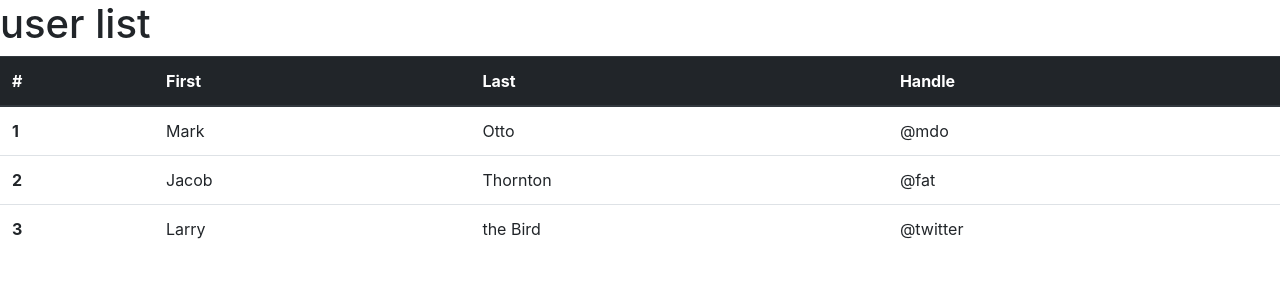
Repository: Sumanhati2002/AdvanceJava
Page: http://localhost/SpringMvc/
An editor plug-in stored every save of this project. The page is shown before and after the next save, followed by the edit.
The browser window is 1280 px wide. The pictures show the whole page.
Some web libraries are served in a nearby version. The page is served by Tomcat 9. Other server files are loaded and not shown.

Above is the page before, as saved 2023-03-13 09:41:09.

### SpringMvc/src/main/webapp/index.jsp
<%@ taglib prefix="c" uri="http://java.sun.com/jsp/jstl/core"%>

<!doctype html>
<html lang="en">
<head>
<!-- Required meta tags -->
<meta charset="utf-8">
<meta name="viewport"
	content="width=device-width, initial-scale=1, shrink-to-fit=no">

<!-- Bootstrap CSS -->
<link rel="stylesheet"
	href="https://cdn.jsdelivr.net/npm/bootstrap@4.0.0/dist/css/bootstrap.min.css"
	integrity="sha384-Gn5384xqQ1aoWXA+058RXPxPg6fy4IWvTNh0E263XmFcJlSAwiGgFAW/dAiS6JXm"
	crossorigin="anonymous">

<title>Hello, world!</title>

</head>
<body>
	<h1>user list</h1>

	<table class="table">
		<thead class="thead-dark">
			<tr>
				<th scope="col">#</th>
				<th scope="col">First</th>
				<th scope="col">Last</th>
				<th scope="col">Handle</th>
			</tr>
		</thead>
		<tbody>
			<tr>
				<th scope="row">1</th>
				<td>Mark</td>
				<td>Otto</td>
				<td>@mdo</td>
			</tr>
			<tr>
				<th scope="row">2</th>
				<td>Jacob</td>
				<td>Thornton</td>
				<td>@fat</td>
			</tr>
			<tr>
				<th scope="row">3</th>
				<td>Larry</td>
				<td>the Bird</td>
				<td>@twitter</td>
			</tr>
		</tbody>
	</table>






	<!-- Optional JavaScript -->
	<!-- jQuery first, then Popper.js, then Bootstrap JS -->
	<script src="https://code.jquery.com/jquery-3.2.1.slim.min.js"
		integrity="sha384-KJ3o2DKtIkvYIK3UENzmM7KCkRr/rE9/Qpg6aAZGJwFDMVNA/GpGFF93hXpG5KkN"
		crossorigin="anonymous"></script>
	<script
		src="https://cdn.jsdelivr.net/npm/popper.js@1.12.9/dist/umd/popper.min.js"
		integrity="sha384-ApNbgh9B+Y1QKtv3Rn7W3mgPxhU9K/ScQsAP7hUibX39j7fakFPskvXusvfa0b4Q"
		crossorigin="anonymous"></script>
	<script
		src="https://cdn.jsdelivr.net/npm/bootstrap@4.0.0/dist/js/bootstrap.min.js"
		integrity="sha384-JZR6Spejh4U02d8jOt6vLEHfe/JQGiRRSQQxSfFWpi1MquVdAyjUar5+76PVCmYl"
		crossorigin="anonymous"></script>
</body>
</html>

After the next save:
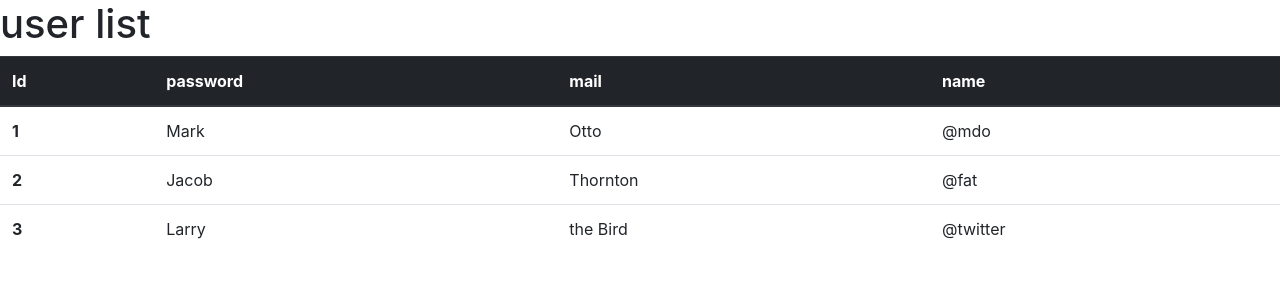
Saved 50 s later.
--- a/SpringMvc/src/main/webapp/index.jsp
+++ b/SpringMvc/src/main/webapp/index.jsp
@@ -23,10 +23,10 @@
 	<table class="table">
 		<thead class="thead-dark">
 			<tr>
-				<th scope="col">#</th>
-				<th scope="col">First</th>
-				<th scope="col">Last</th>
-				<th scope="col">Handle</th>
+				<th scope="col">Id</th>
+				<th scope="col">password</th>
+				<th scope="col">mail</th>
+				<th scope="col">name</th>
 			</tr>
 		</thead>
 		<tbody>
